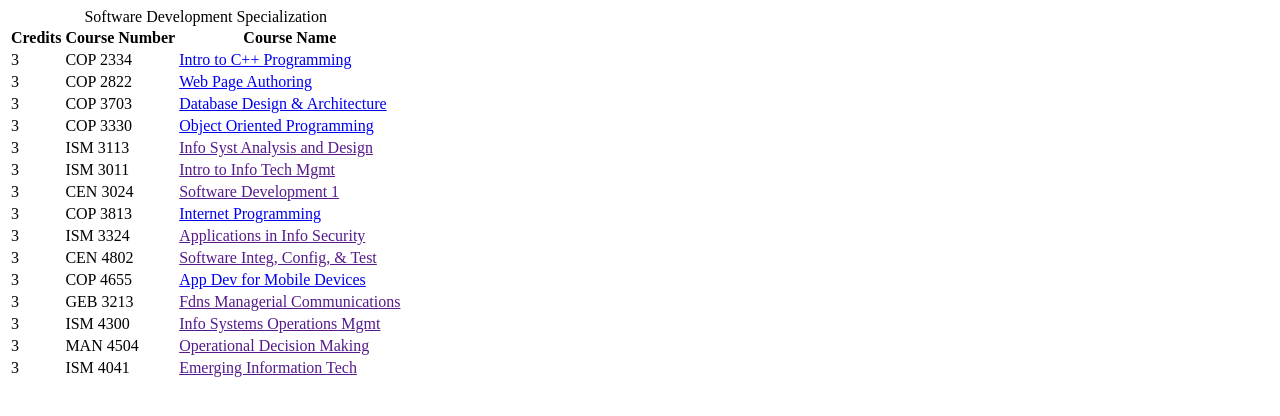
Repository: mlmEFSC21/P3-DegreeSpecializationTable
Page: index.html
The author's editor kept a copy of each file at every save. The page is drawn from the files as they stood at one save, then again after the next save.
The browser window is 1280 px wide. The pictures show the whole page.

Above is the page before, as saved 2022-02-01 20:01:05.

After the next save:
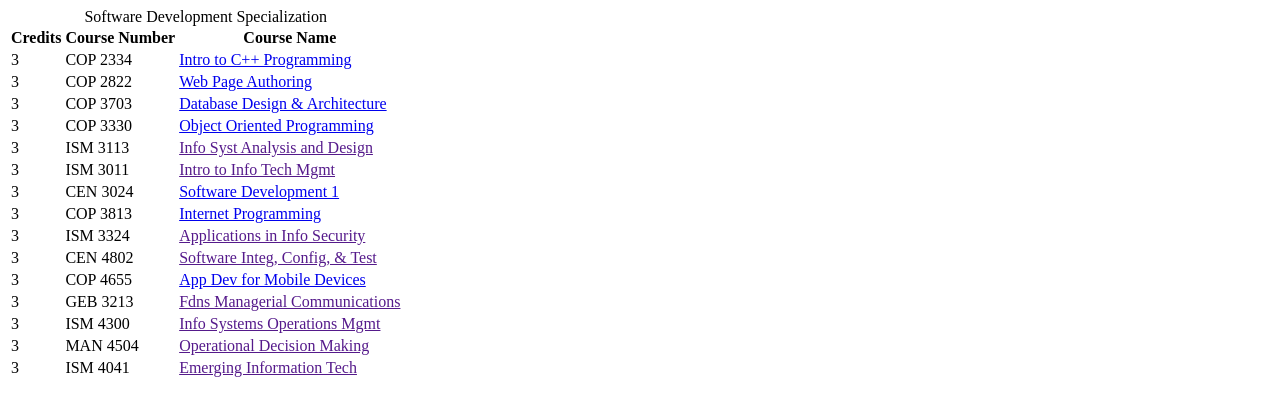
Saved 98 s later.
--- a/index.html
+++ b/index.html
@@ -69,7 +69,12 @@
             <tr>
                 <td>3</td>
                 <td>CEN 3024</td>
-                <td><a href="">Software Development 1</a></td>
+                <td>
+                    <a
+                        href="https://bannerweb.easternflorida.edu/prod/bwckctlg.p_disp_course_detail?cat_term_in=202210&subj_code_in=CEN&crse_numb_in=3024"
+                        >Software Development 1</a
+                    >
+                </td>
             </tr>
             <tr>
                 <td>3</td>
